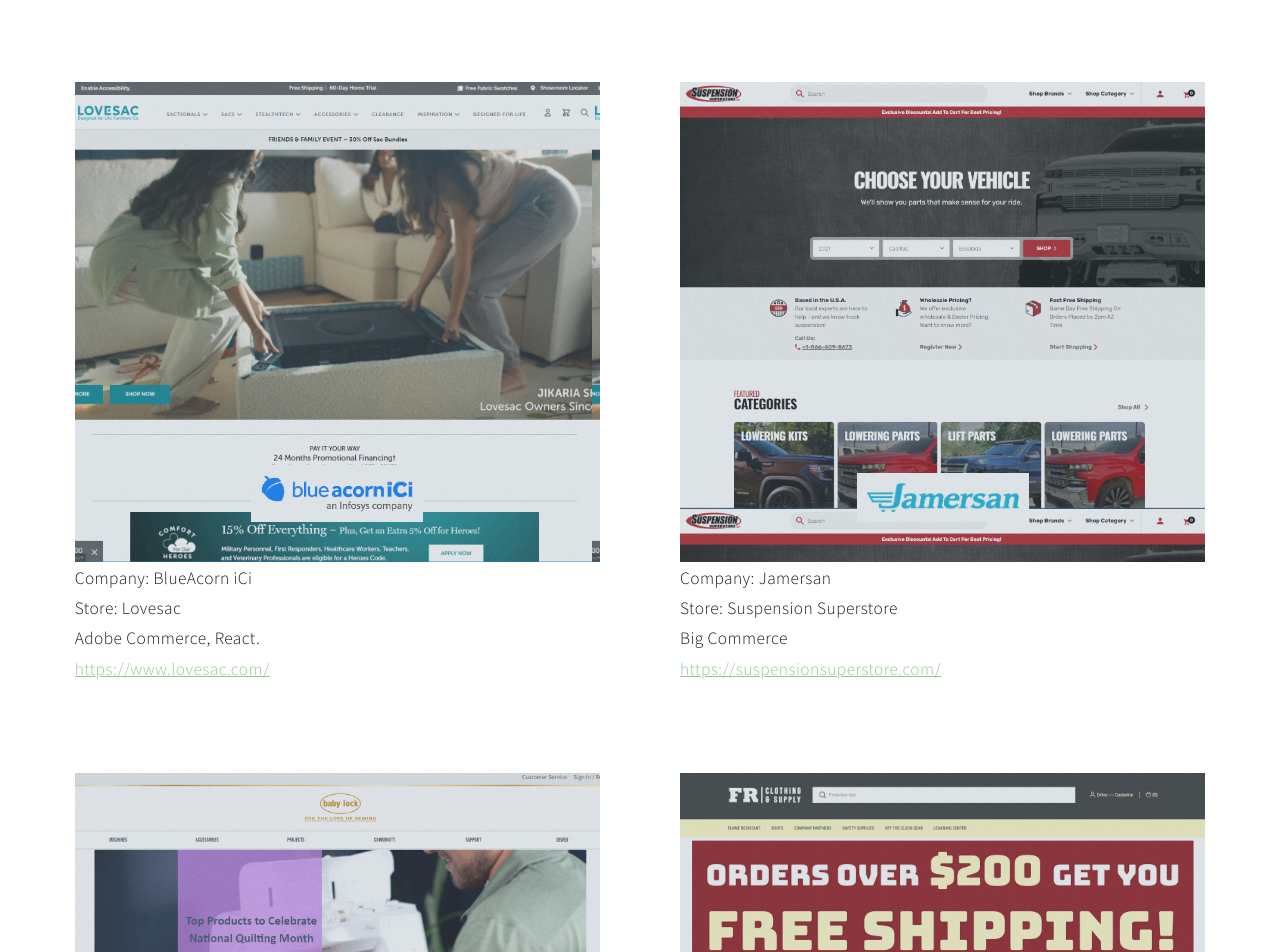
Repository: mauriciopazpp/mauriciopazpp.github.io
Page: index.html
These files come from the project's save history. The page is drawn as it stood at one moment and after the next save; the edit follows.
The browser window is 1280 px wide. The pictures show the part of the page from y = 5548 to 6500 px (the page is 8800 px tall).
A picture or video elsewhere on the page could not be fetched, so the positions and the page height are approximate. Backgrounds fixed to the window are drawn as part of the page.

Above is the page before, as saved 2024-03-05 23:29:10.
Console error: TypeError: Cannot set properties of undefined (setting 'windowMargin')

After the next save:
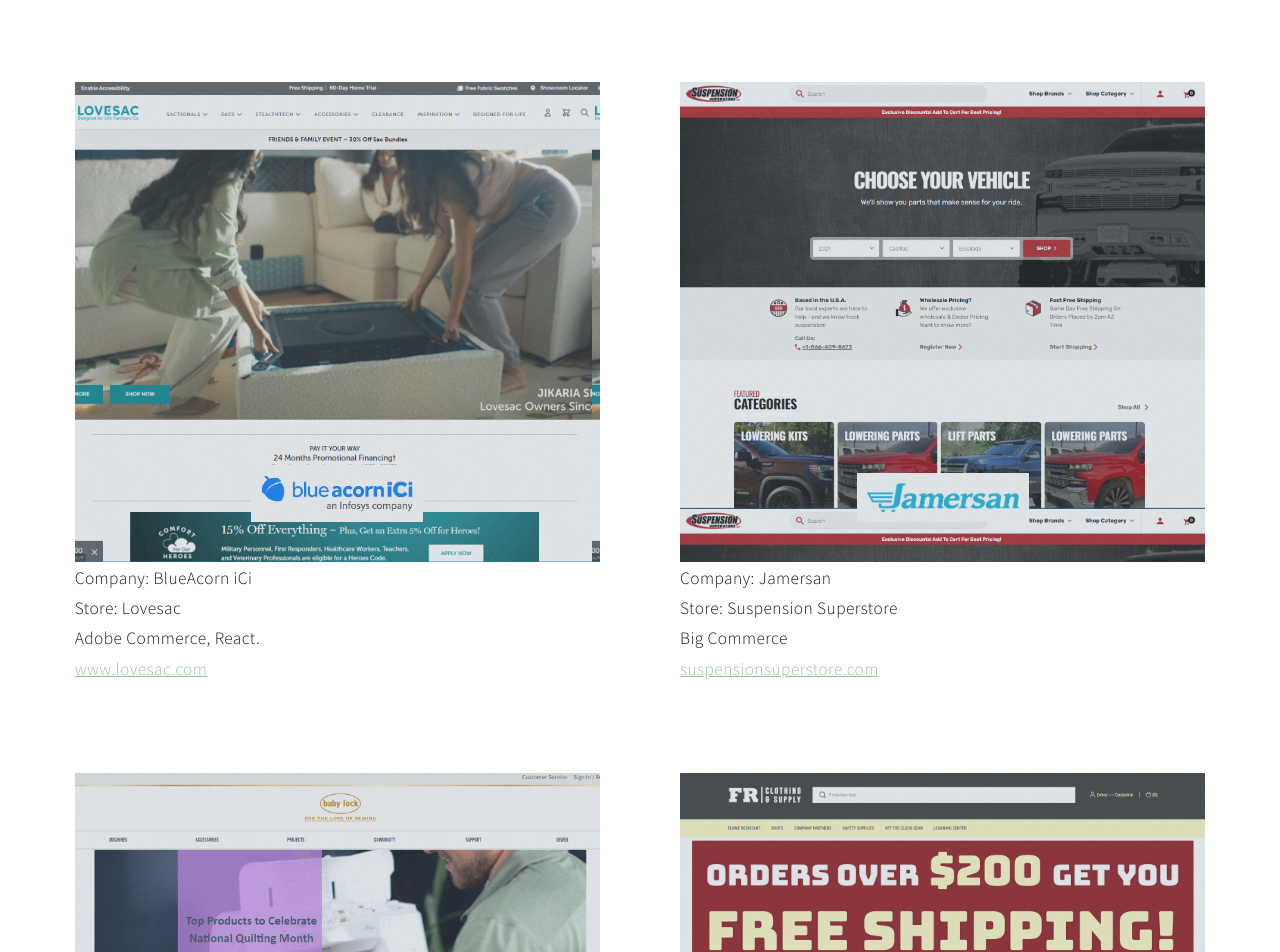
Saved 13 s later.
--- a/index.html
+++ b/index.html
@@ -223,7 +223,7 @@
 								<p>Company: BlueAcorn iCi</p>
 								<p>Store: Lovesac</p>
 								<p>Adobe Commerce, React.</p>
-								<p><a href="https://www.lovesac.com/">https://www.lovesac.com/</a></p>
+								<p><a href="https://www.lovesac.com/">www.lovesac.com</a></p>
 							</div>
 						</article>
 						<article class="from-right">
@@ -237,7 +237,7 @@
 								<p>Company: Jamersan</p>
 								<p>Store: Suspension Superstore</p>
 								<p>Big Commerce</p>
-								<p><a href="https://suspensionsuperstore.com/">https://suspensionsuperstore.com/</a></p>
+								<p><a href="https://suspensionsuperstore.com/">suspensionsuperstore.com</a></p>
 							</div>
 						</article>
 						<article class="from-left">
